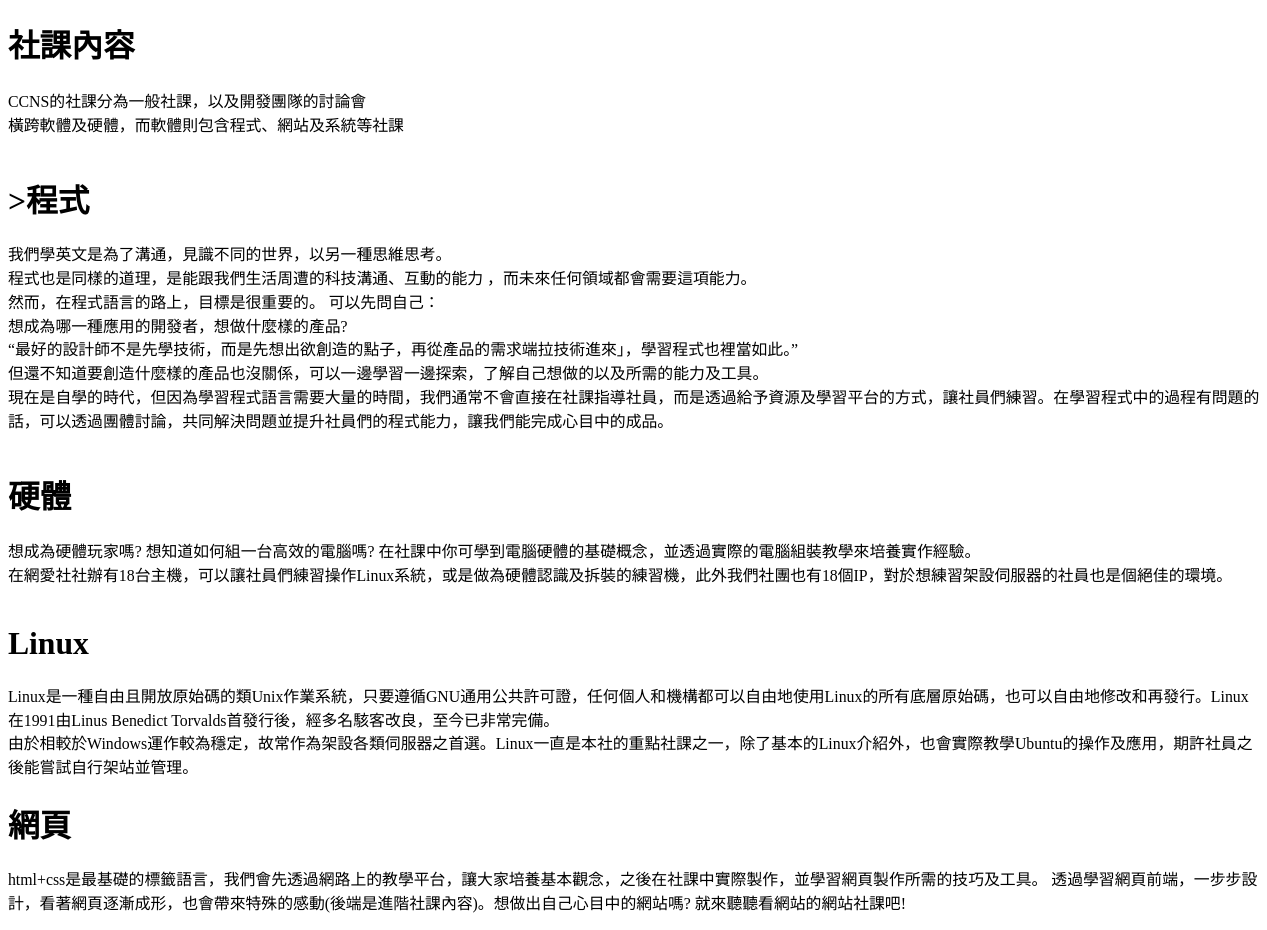
Repository: ccns/ccns_website
Page: classes.html
The author's editor kept a record of every edit. The page is drawn from the files as they stood at one moment, then again after the next edit.
The browser window is 1280 px wide. The pictures show the whole page, at 99% of full size.

Above is the page before.

After the next edit:
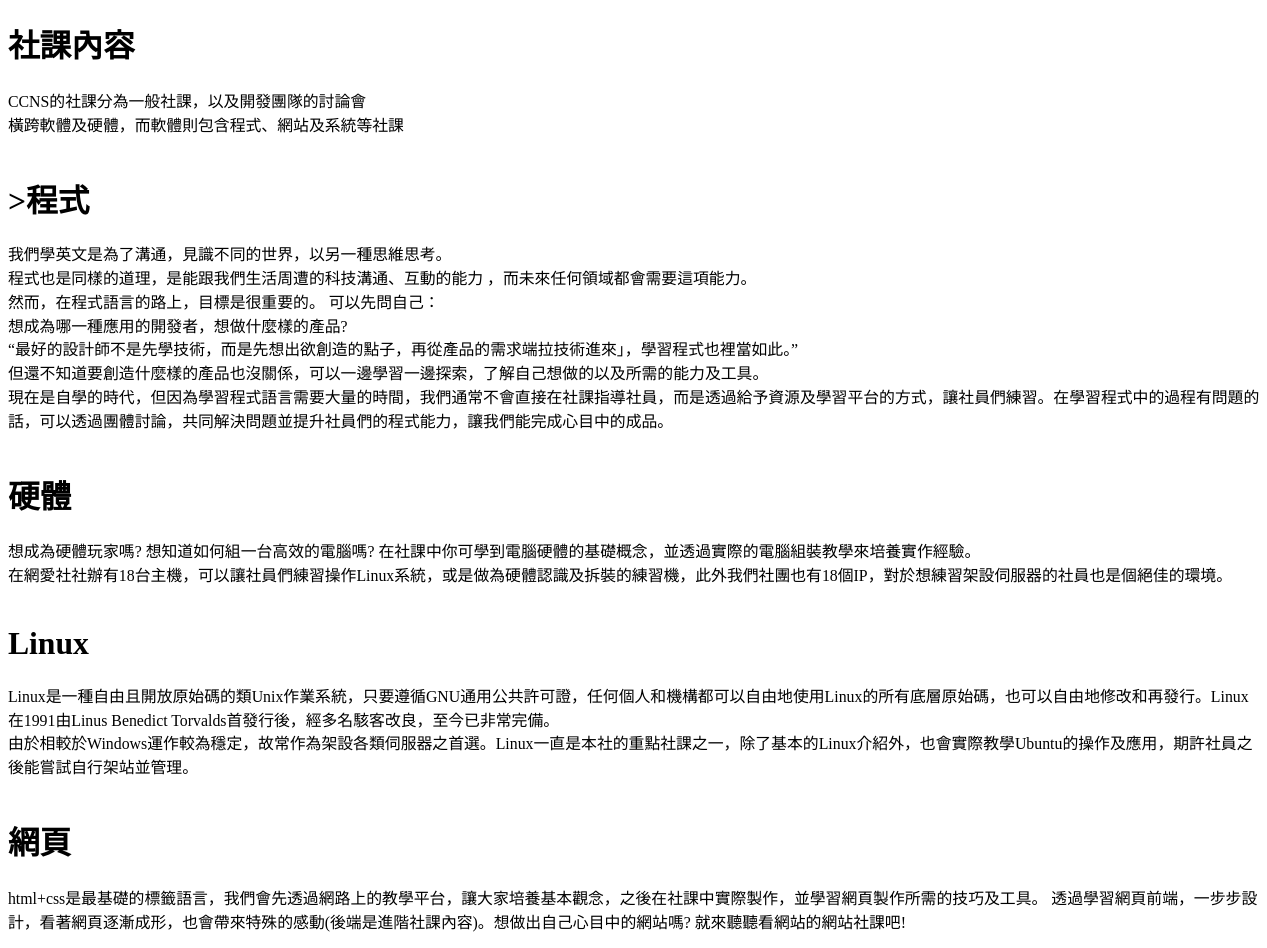
The edit:
--- a/classes.html
+++ b/classes.html
@@ -27,7 +27,7 @@
 		<br>由於相較於Windows運作較為穩定，故常作為架設各類伺服器之首選。Linux一直是本社的重點社課之一，除了基本的Linux介紹外，也會實際教學Ubuntu的操作及應用，期許社員之後能嘗試自行架站並管理。
 		<br></p>
 
-		<h1>網頁</h1>
+		<h1 style="margin-top:40px;" >網頁</h1>
 		<p>html+css是最基礎的標籤語言，我們會先透過網路上的教學平台，讓大家培養基本觀念，之後在社課中實際製作，並學習網頁製作所需的技巧及工具。  透過學習網頁前端，一步步設計，看著網頁逐漸成形，也會帶來特殊的感動(後端是進階社課內容)。想做出自己心目中的網站嗎? 就來聽聽看網站的網站社課吧!
 		<br></p>
 
